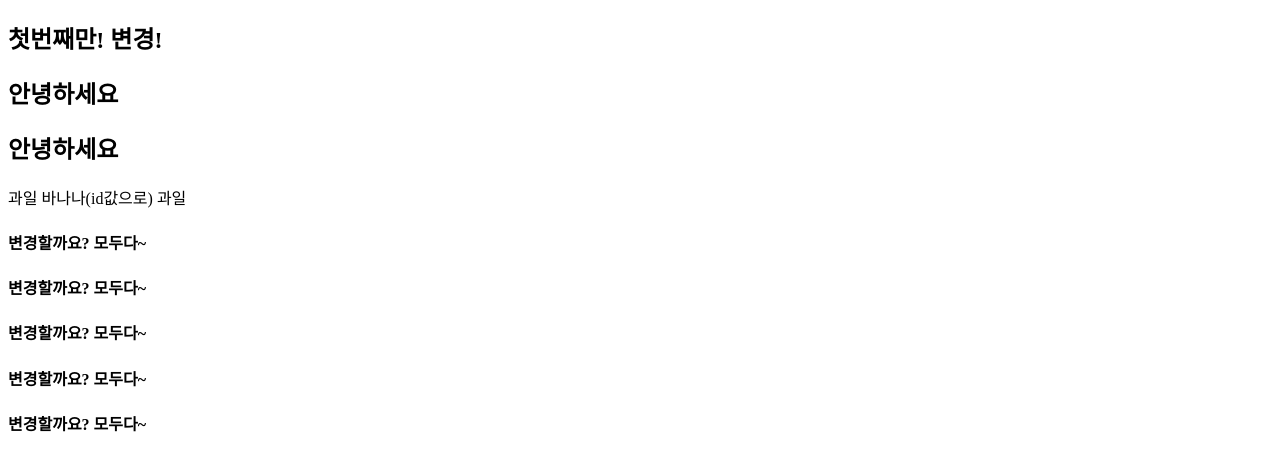
Repository: buildadoor/eclipse
Page: jspexp/src/main/webapp/a01_javascript/a01_basic/a06_dom_Multi.html
These files come from the project's save history. The page is drawn as it stood at one moment and after the next save; the edit follows.
The browser window is 1280 px wide. The pictures show the whole page.

Above is the page before, as saved 2022-11-14 03:42:57.
Console error: TypeError: document.querySelectAll is not a function

### jspexp/src/main/webapp/a01_javascript/a01_basic/a06_dom_Multi.html
<!DOCTYPE html>
<html>
<head>
<meta charset="UTF-8">
<title>Insert title here</title>
<style type="text/css">
/*

*/
</style>
</head>
<body>
	<h2>안녕하세요</h2>
	<h2>안녕하세요</h2>
	<h2>안녕하세요</h2>
	<span>과일</span>
	<span id="chFruit">과일</span>
	<span>과일</span><br>
	<h4>변경할까요? 모두다~</h4>
	<h4>변경할까요? 모두다~</h4>
	<h4>변경할까요? 모두다~</h4>
	<h4>변경할까요? 모두다~</h4>
	<h4>변경할까요? 모두다~</h4>

</body>
<script type="text/javascript">
	//querySelector("선택자")는 단일만 선택되어진다.
	document.querySelector("h2").innerText="첫번째만! 변경!"
	document.querySelector("#chFruit").innerText="바나나(id값으로)"
	// {}==>["사과"]
	var array = document.querySelectAll("h4")
	// 배열의 접근자 indexf를 활용하여 0,1,2, ..
	array[0].innerText = "첫번째"
	array[1].innerText = "두번째"
	array[2].innerText = "세번째"
	array[3].innerText = "네번째"
	array[4].innerText = "다섯번째"
	//.클래스 선언된 것도 처리 가능하다.

	/*

*/
//
</script>
</html>

After the next save:
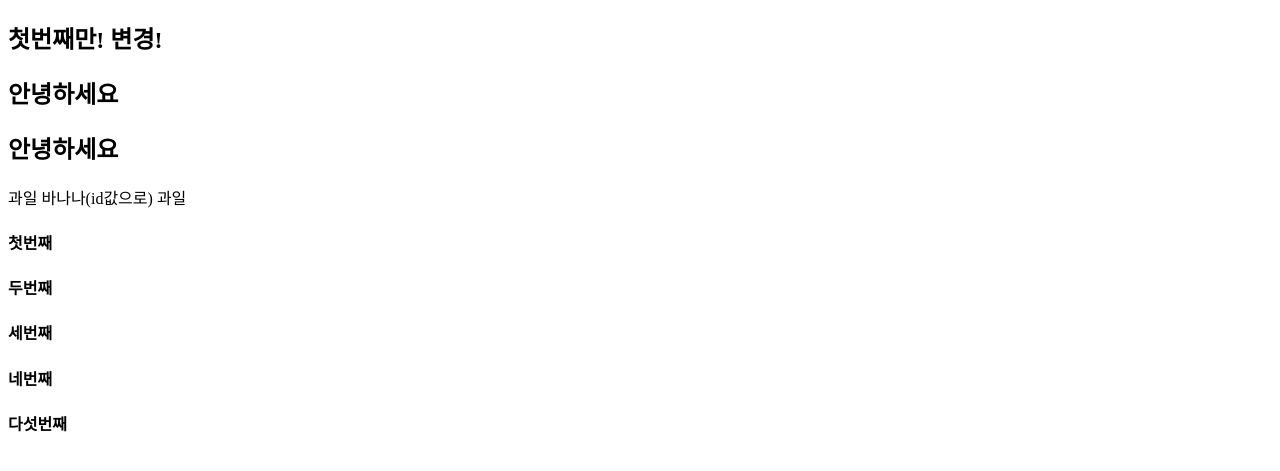
The error is gone.
Saved 29 s later.
--- a/jspexp/src/main/webapp/a01_javascript/a01_basic/a06_dom_Multi.html
+++ b/jspexp/src/main/webapp/a01_javascript/a01_basic/a06_dom_Multi.html
@@ -28,7 +28,7 @@
 	document.querySelector("h2").innerText="첫번째만! 변경!"
 	document.querySelector("#chFruit").innerText="바나나(id값으로)"
 	// {}==>["사과"]
-	var array = document.querySelectAll("h4")
+	var array = document.querySelectorAll("h4")
 	// 배열의 접근자 indexf를 활용하여 0,1,2, ..
 	array[0].innerText = "첫번째"
 	array[1].innerText = "두번째"
